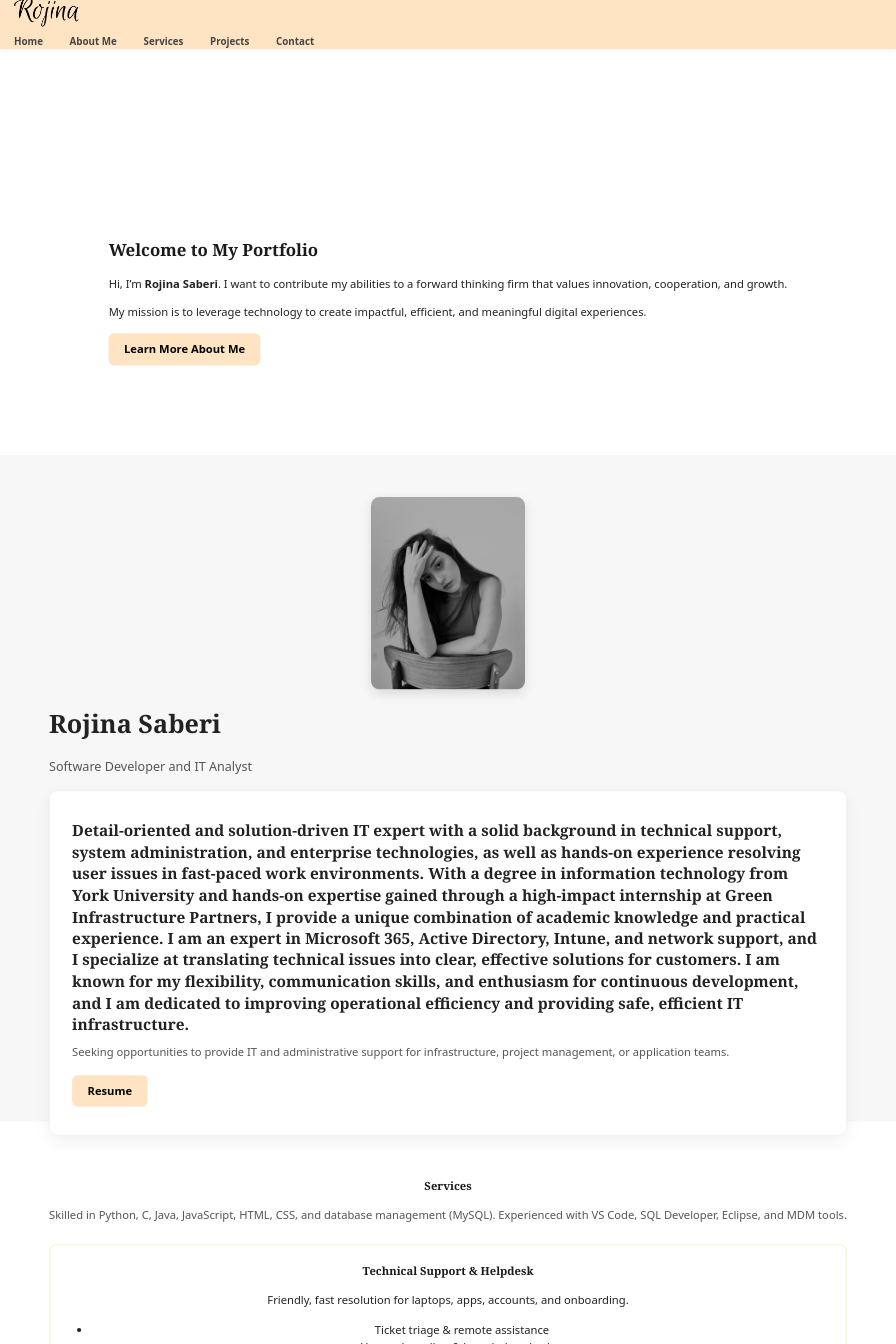
Repository: rozhinasaberi/MyPortfolio
Page: / (app in client/)
The author's editor kept a copy of each file at every save. The page is drawn from the files as they stood at one save, then again after the next save.
The browser window is 1280 px wide. The pictures show the part of the page from y = 0 to 1920 px (the page is 5541 px tall), at 70% of full size.
The project was rebuilt for these pictures with package versions that can differ from the ones it lists, and the page was loaded fresh each time.

Above is the page before, as saved 2025-09-17 06:12:08.

### client/index.html
<!doctype html>
<html lang="en">
  <head>
    <meta charset="UTF-8" />
    <link rel="icon" type="image/svg+xml" href="/vite.svg" />
    <meta name="viewport" content="width=device-width, initial-scale=1.0" />
    <title>Vite + React</title>
  </head>
  <body>
    <div id="root"></div>
    <script type="module" src="/src/main.jsx"></script>
    <script src="https://cdn.jsdelivr.net/npm/bootstrap@5.2.3/dist/js/bootstrap.bundle.min.js" crossorigin="anonymous"></script>

  </body>
</html>

### client/src/main.jsx
import React from "react";
import ReactDOM from "react-dom/client";
import App from "./App.jsx";
import "./midterm1.css"; // ✅ make sure CSS is loaded

ReactDOM.createRoot(document.getElementById("root")).render(
  <React.StrictMode>
    <App />
  </React.StrictMode>
);

### client/src/midterm1.css
/* ===========================
   Global / Base
   =========================== */
   :root {
    --header-h: 70px;
    --accent: bisque;
    --text: #222;
    --muted: #555;
    --bg: #fff;
    --bg-soft: #f7f7f7;
    --bg-alt: #fafafa;
  }

  * { box-sizing: border-box; }
  html, body { height: 100%; }

  body {
    margin: 0;
    font-family: "Poppins", system-ui, -apple-system, Segoe UI, Roboto, Arial, sans-serif;
    color: var(--text);
    background: var(--bg);
    line-height: 1.6;
    padding-top: var(--header-h);   /* clears fixed header */
  }

  h1, h2, h3, h4 {
    font-family: "Playfair Display", Georgia, serif;
    color: #1a1a1a;
    margin: 0 0 .5rem 0;
  }

  /* Container max width harmony with Bootstrap */
  .container { max-width: 1140px; }

  /* ===========================
     Header / Navbar
     =========================== */
  #header {
    position: fixed;
    top: 0; left: 0; right: 0;
    height: var(--header-h);
    background: var(--accent);
    display: flex;
    align-items: center;
    z-index: 1000;
    box-shadow: 0 2px 8px rgba(0,0,0,.08);
  }

  .logo img {
    margin-top: 20px;
    max-height: 40px; }

  .navbar ul {

    margin: 0; padding: 0;
    list-style: none;
    display: flex; align-items: center; gap: 18px;
  }

  .navbar a, .nav-link {

    margin-left: 20px;
    text-decoration: none;
    font-size: 14px;
    font-weight: 600;
    color: #444 !important;
    transition: color .2s ease;
  }
  .navbar a:hover { color: #000 !important; }

  /* ===========================
     Hero (intro) — full height
     =========================== */
  .home {

    display: flex;
    min-height: 100vh;               /* fill viewport */
    align-items: center;
    justify-content: center;

  }
  .home-section {
    background: #fafafa;
    margin-top: -100px;
  }

  .home-section h1 {
    font-size: 36px;
    margin-bottom: 16px;
    color: #222;
  }

  .home-section .lead {
    font-size: 18px;
    color: #555;
    margin-bottom: 20px;
  }

  .home-section .mission {
    font-size: 16px;
    font-style: italic;
    color: #444;
    margin-bottom: 30px;
  }

  .home-section .btn-visitpage {
    background: bisque;
    border-radius: 8px;
    padding: 12px 24px;
    font-weight: bold;
  }

  .hero-photo {
    max-width: 220px;       /* nice medium size */
    width: 100%;
    height: auto;
    border-radius: 12px;
    margin: 0 auto 20px auto;   /* center photo + spacing below */
    display: block;
    object-fit: cover;
    box-shadow: 0 6px 16px rgba(0,0,0,.12);
  }


  .hero-title {
    font-size: clamp(28px, 4vw, 36px);
    font-weight: 700;
    color: #222;
    margin-bottom: 8px;
  }
  .hero-subtitle {
    font-size: 18px;
    color: #555;
    margin-bottom: 20px;
  }


  .list-social { display: flex; gap: 14px; }
  .list-social a {
    font-size: 20px;
    color: #333 !important;
    text-decoration: none;
  }
  .list-social a:hover { color: #000 !important; }




  /* ===========================
     About — full height card
     =========================== */
  .aboutsection {
    background: var(--bg-soft);
    min-height: 100vh;               /* fill viewport */
    display: flex;
    align-items: center;
    justify-content: center;
    padding: 60px 0;
    margin-top: -140px;
  }

  .about-container {
    align-items: center;
    justify-content: center;

    background: #fff;
    border-radius: 12px;
    border: 1px solid #eee;
    box-shadow: 0 10px 24px rgba(0,0,0,.06);
    padding: 40px 32px;
    text-align: left;
  }

  .about-container h2 {
    font-size: clamp(18px, 2.5vw, 22px);  /* smaller heading */
    color: #222;
    margin-bottom: 12px;
    line-height: 1.4;
  }
  .about-container p {
    margin: 0 0 18px 0;
    color: var(--muted);
    line-height: 1.7;
  }



  /* Button */
  .btn-visitpage {
    display: inline-block;
    background: var(--accent);
    border: none;
    color: #000;
    font-weight: 600;
    padding: 10px 22px;
    border-radius: 8px;
    text-decoration: none;
    transition: background .2s ease, transform .05s ease;
  }
  .btn-visitpage:hover { background: #e6cfa9; }
  .btn-visitpage:active { transform: scale(.98); }

  /* ===========================
     Skills / Services section
     =========================== */
  .Servicesection {

    background: #fff;
    padding: 80px 0;
    min-height: 100vh;               /* fill viewport */
    display: flex;
    align-items: center;
    justify-content: center;
    margin-top: -80px;

  }
  .Servicesection .h4-heading {
    text-align: center;
    margin-bottom: 8px;
  }
  .Servicesection .p-heading {
    text-align: center;
    margin-bottom: 28px;
    color: var(--muted);
  }
  .text-box {
    padding: 24px 16px;
    border: 2px solid beige;
    border-radius: 10px;
    background: #fff;
    text-align: center;
    height: 100%;
  }

  /* ===========================
     Projects
     =========================== */
/* ===========================
   Projects Section
   =========================== */
   .Projectsection {
    padding: 80px 0;
    background: #fafafa;
    margin-left: 25px;
  }

  .Projectsection .row {
    margin: 0 -12px;         /* balance spacing */
  }

  .Projectsection .col-lg-4,
  .Projectsection .col-md-6 {
    padding: 0 12px;         /* horizontal gap between cards */
    margin-bottom: 24px;     /* vertical spacing */
    margin-left: 25px;
  }

  .project-card {
    border: none;
    border-radius: 12px;
    overflow: hidden;
    background: #fff;
    box-shadow: 0 6px 16px rgba(0,0,0,.08);
    transition: transform .2s ease, box-shadow .2s ease;
  }

  .project-card:hover {
    transform: translateY(-5px);
    box-shadow: 0 10px 22px rgba(0,0,0,.12);
  }


.Projectsection .card-img-top,
#Project .card-img-top {
  max-width: 220px !important;
  max-height: 220px !important;
  width: auto !important;
  height: auto !important;
  object-fit: contain;
  display: block;
  margin: 10px auto;
  padding: 4px;
  background: #fff;
}



  .project-card .card-body {
    padding: 20px;
    text-align: left;
  }

  .project-card .card-title {
    font-size: 18px;
    font-weight: 600;
    margin-bottom: 10px;
  }

  .project-card .card-text {
    font-size: 14px;
    color: #555;
    margin-bottom: 16px;
  }

  .project-card .btn-visitpage {
    background: bisque;
    border: none;
    padding: 8px 16px;
    font-size: 14px;
    border-radius: 6px;
    font-weight: 600;
    transition: background .2s ease;
  }

  .project-card .btn-visitpage:hover {
    background: #e6cfa9;
  }


  /* ===========================
     Contact / Form
     =========================== */
 /* ===========================
   Contact / Form
   =========================== */
#form {
    background: #f7f7f7;        /* light grey to separate section */
    padding: 80px 0;
    min-height: 100vh;               /* fill viewport */
    display: flex;
    align-items: center;
    justify-content: center;
    margin-top: -80px;

  }

  #form .container {
    max-width: 900px;
    background: #fff;
    border-radius: 14px;
    border: 1px solid #eee;
    box-shadow: 0 8px 20px rgba(0,0,0,.06);
    padding:  100px;
  }
  #form .row {
    display: flex;
    flex-direction: column;   /* stack items vertically */
    gap: 16px;                /* spacing between boxes */
  }

  #form .item-form,
  #form .subject-form {
    width: 100%;
    margin: 0;                /* remove left/right float spacing */
  }

  #form input[type="text"],
  #form select,
  #form textarea {
    width: 100%;              /* make every box full-width */
    display: block;
  }
  #form h2 {
    font-family: "Playfair Display", Georgia, serif;
    font-size: clamp(22px, 3vw, 32px);
    text-align: center;
    margin-bottom: 20px;
    color: #222;
  }

  #form p {
    text-align: center;
    color: #666;
    margin-bottom: 30px;
  }

  #form .form-label {
    font-weight: 600;
    margin-bottom: 6px;
    color: #2b2b2b;
  }

  #form .form-control,
  #form .form-select,
  #form textarea {
    border: 1px solid #ccc;
    border-radius: 8px;
    padding: 12px;
    font-size: 14px;
    transition: border-color .2s ease, box-shadow .2s ease;
  }

  #form .form-control:focus,
  #form .form-select:focus,
  #form .form-select:focus {
    outline: none;
    border-color: #c9a873;
    box-shadow: 0 0 0 4px rgba(201,168,115,.15);
  }

  #form .contact-actions {
    margin-top: 20px;
    text-align: right;
  }

  #form .btn-visitpage {
    background: bisque;
    color: #000;
    font-weight: 600;
    border-radius: 8px;
    padding: 10px 22px;
    transition: background .2s ease, transform .05s ease;
  }

  #form .btn-visitpage:hover {
    background: #e6cfa9;
  }
  #form .btn-visitpage:active {
    transform: scale(.98);
  }

Loaded but not shown: client/src/App.jsx (239 lines, source omitted)

After the next save:
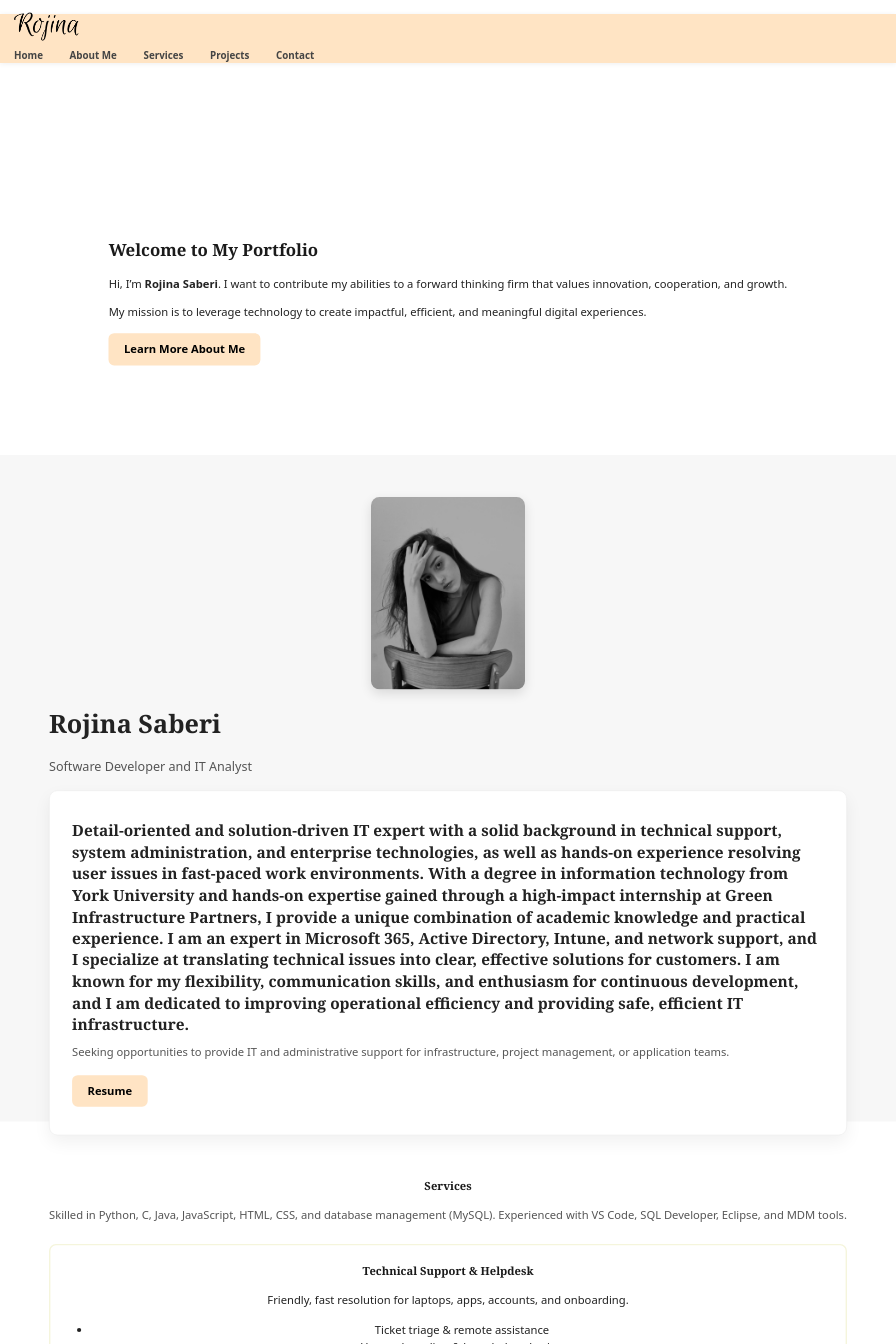
Saved 6 s later.
--- a/client/src/midterm1.css
+++ b/client/src/midterm1.css
@@ -44,10 +44,10 @@
     align-items: center;
     z-index: 1000;
     box-shadow: 0 2px 8px rgba(0,0,0,.08);
+    margin-top: 20px;
   }
 
   .logo img {
-    margin-top: 20px;
     max-height: 40px; }
 
   .navbar ul {

After the save that followed:
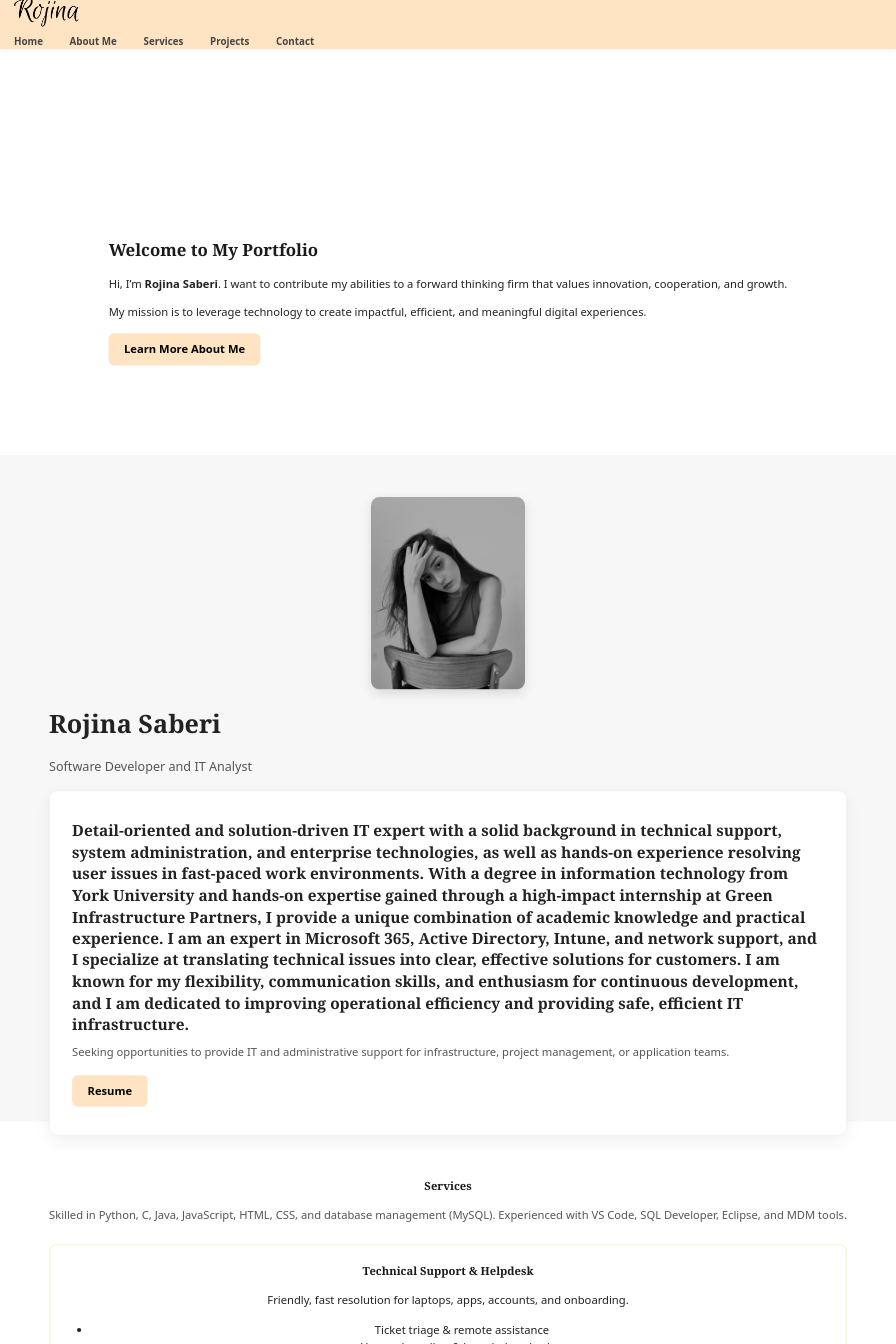
Saved 7 s later.
--- a/client/src/midterm1.css
+++ b/client/src/midterm1.css
@@ -44,7 +44,6 @@
     align-items: center;
     z-index: 1000;
     box-shadow: 0 2px 8px rgba(0,0,0,.08);
-    margin-top: 20px;
   }
 
   .logo img {
